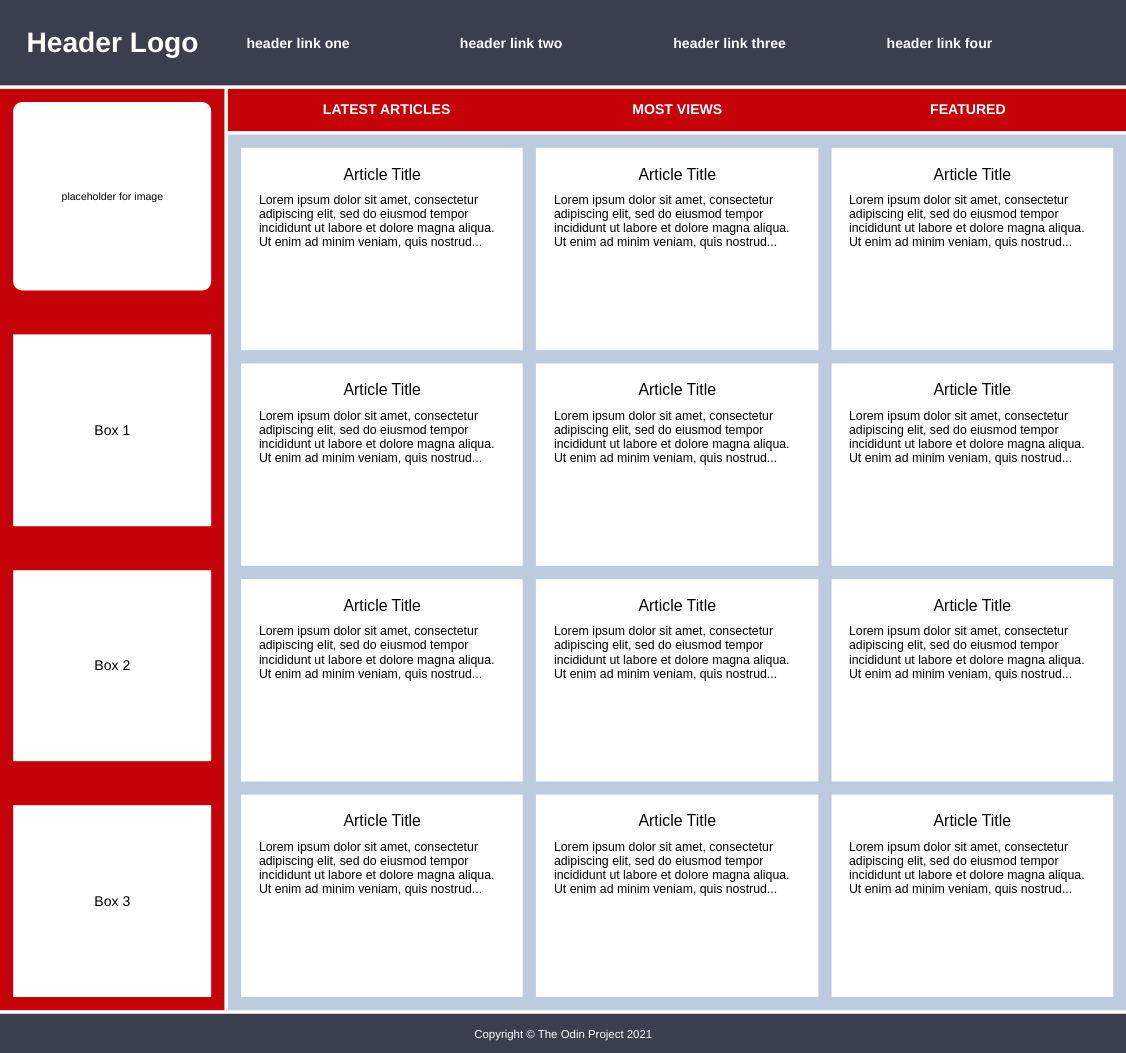
Repository: gkintu/css-exercises
Page: intermediate-html-css/advanced-grid/02-holy-grail-mockup/index.html
An editor plug-in stored every save of this project. The page is shown before and after the next save, followed by the edit.
The browser window is 1280 px wide. The pictures show the whole page, at 88% of full size.

Above is the page before, as saved 2025-03-04 11:23:52.

### intermediate-html-css/advanced-grid/02-holy-grail-mockup/index.html
<!DOCTYPE html>
<html lang="en">
  <head>
    <meta charset="UTF-8">
    <meta http-equiv="X-UA-Compatible" content="IE=edge">
    <meta name="viewport" content="width=device-width, initial-scale=1.0">
    <title>Holy Grail Mockup</title>
    <link rel="stylesheet" href="style.css">
  </head>
  <body>
    <div class="container">

      <div class="header">
        <div class="logo">Header Logo</div>
        <div class="menu">
          <ul>
            <li>header link one</li>
            <li>header link two</li>
            <li>header link three</li>
            <li>header link four</li>
          </ul>
        </div>
      </div>

      <div class="sidebar">
        <div class="photo">
          <p>placeholder for image</p>
        </div>
        <div class="side-content">Box 1
        </div>
        <div class="side-content">Box 2
        </div>
        <div class="side-content">Box 3
        </div>
      </div>

      <div class="nav">
        <ul>
          <li>Latest Articles</li>
          <li>Most Views</li>
          <li>Featured</li>
        </ul>
      </div>

      <div class="article">
        <div class="card">
          <p class="title">Article Title</p>
          <p>Lorem ipsum dolor sit amet, consectetur adipiscing elit, sed do eiusmod tempor incididunt ut labore et dolore magna aliqua. Ut enim ad minim veniam, quis nostrud...</p>
        </div>
        <div class="card">
          <p class="title">Article Title</p>
          <p>Lorem ipsum dolor sit amet, consectetur adipiscing elit, sed do eiusmod tempor incididunt ut labore et dolore magna aliqua. Ut enim ad minim veniam, quis nostrud...</p>
        </div>
        <div class="card">
          <p class="title">Article Title</p>
          <p>Lorem ipsum dolor sit amet, consectetur adipiscing elit, sed do eiusmod tempor incididunt ut labore et dolore magna aliqua. Ut enim ad minim veniam, quis nostrud...</p>
        </div>
        <div class="card">
          <p class="title">Article Title</p>
          <p>Lorem ipsum dolor sit amet, consectetur adipiscing elit, sed do eiusmod tempor incididunt ut labore et dolore magna aliqua. Ut enim ad minim veniam, quis nostrud...</p>
        </div>
        <div class="card">
          <p class="title">Article Title</p>
          <p>Lorem ipsum dolor sit amet, consectetur adipiscing elit, sed do eiusmod tempor incididunt ut labore et dolore magna aliqua. Ut enim ad minim veniam, quis nostrud...</p>
        </div>
        <div class="card">
          <p class="title">Article Title</p>
          <p>Lorem ipsum dolor sit amet, consectetur adipiscing elit, sed do eiusmod tempor incididunt ut labore et dolore magna aliqua. Ut enim ad minim veniam, quis nostrud...</p>
        </div>
        <div class="card">
          <p class="title">Article Title</p>
          <p>Lorem ipsum dolor sit amet, consectetur adipiscing elit, sed do eiusmod tempor incididunt ut labore et dolore magna aliqua. Ut enim ad minim veniam, quis nostrud...</p>
        </div>
        <div class="card">
          <p class="title">Article Title</p>
          <p>Lorem ipsum dolor sit amet, consectetur adipiscing elit, sed do eiusmod tempor incididunt ut labore et dolore magna aliqua. Ut enim ad minim veniam, quis nostrud...</p>
        </div>
        <div class="card">
          <p class="title">Article Title</p>
          <p>Lorem ipsum dolor sit amet, consectetur adipiscing elit, sed do eiusmod tempor incididunt ut labore et dolore magna aliqua. Ut enim ad minim veniam, quis nostrud...</p>
        </div>
        <div class="card">
          <p class="title">Article Title</p>
          <p>Lorem ipsum dolor sit amet, consectetur adipiscing elit, sed do eiusmod tempor incididunt ut labore et dolore magna aliqua. Ut enim ad minim veniam, quis nostrud...</p>
        </div>
        <div class="card">
          <p class="title">Article Title</p>
          <p>Lorem ipsum dolor sit amet, consectetur adipiscing elit, sed do eiusmod tempor incididunt ut labore et dolore magna aliqua. Ut enim ad minim veniam, quis nostrud...</p>
        </div>
        <div class="card">
          <p class="title">Article Title</p>
          <p>Lorem ipsum dolor sit amet, consectetur adipiscing elit, sed do eiusmod tempor incididunt ut labore et dolore magna aliqua. Ut enim ad minim veniam, quis nostrud...</p>
        </div>
      </div>

      <div class="footer">
        <p>Copyright © The Odin Project 2021</p>
      </div>

    </div>
  </body>
</html>

### intermediate-html-css/advanced-grid/02-holy-grail-mockup/style.css
* {
  margin: 0;
  padding: 0;
}

.container {
  display: grid;
  text-align: center;
  grid-template-columns: 1fr 4fr;
  gap: 4px;
}

.container div {
  padding: 15px;
  font-size: 32px;
  font-family: Helvetica;
  font-weight: bold;
  color: white;
}

.header {

  background-color: #393f4d;
  display: grid;
  grid-column: 1 / 3;
  grid-template-columns: 1fr 4fr;
  align-items: center;

}

.logo {
  justify-self: start;
}

.menu {
  grid-column: 2 / 3;
}

.menu ul {
  display: grid;
  list-style-type: none;
  grid-template-columns: repeat(4, 1fr);
  justify-items: start;
}



.menu ul,
.menu li {
  font-size: 16px;
}

.sidebar {
  background-color: #C50208;
  display:grid;
  gap: 50px;

  grid-column: 1 / 2;
  grid-row: 2/4;
}

.photo,
.side-content {
  display:grid;
  align-items: center;
}

.sidebar .photo {
  background-color: white;
  color: black;
  font-size: 12px;
  font-weight: normal;
  border-radius: 10px;

}


.sidebar .side-content {
  background-color: white;
  color: black;
  font-size: 16px;
  font-weight: normal;
}

.nav {

  background-color: #C50208;
  grid-column: 2 / 3;
  grid-row: 2;
  align-self: start;
}

.nav ul {
  display:grid;
  grid-template-columns: repeat(3, 1fr);

}

.nav ul li {
  font-size: 16px;
  text-transform: uppercase;
  list-style-type: none;
}

.article {

  background-color: #bccbde;
  grid-column: 2 / 3;
  grid-row: 3;
  display:grid;
  grid-template-columns: repeat(auto-fit, minmax(250px, 1fr));
  gap: 15px;

}

.card {
  height: 200px;

}

.article p {
  font-size: 18px;
  font-family: sans-serif;
  color: white;
  text-align: left;
  padding:2px;
}

.article .card {
  background-color: #FFFFFF;
  color: black;
  text-align: center;
}

.card p {
  color: black;
  font-weight: normal;
  font-size: 14px;
  padding: 5px;
}

.card .title {
  font-size: 18px;
  text-align: center;
}

.footer {


  background-color: #393f4d;
  grid-column: 1 / 3;
  grid-row: 4;
}

.footer p {
  font-size: 13px;
  font-weight: normal;
}

After the next save:
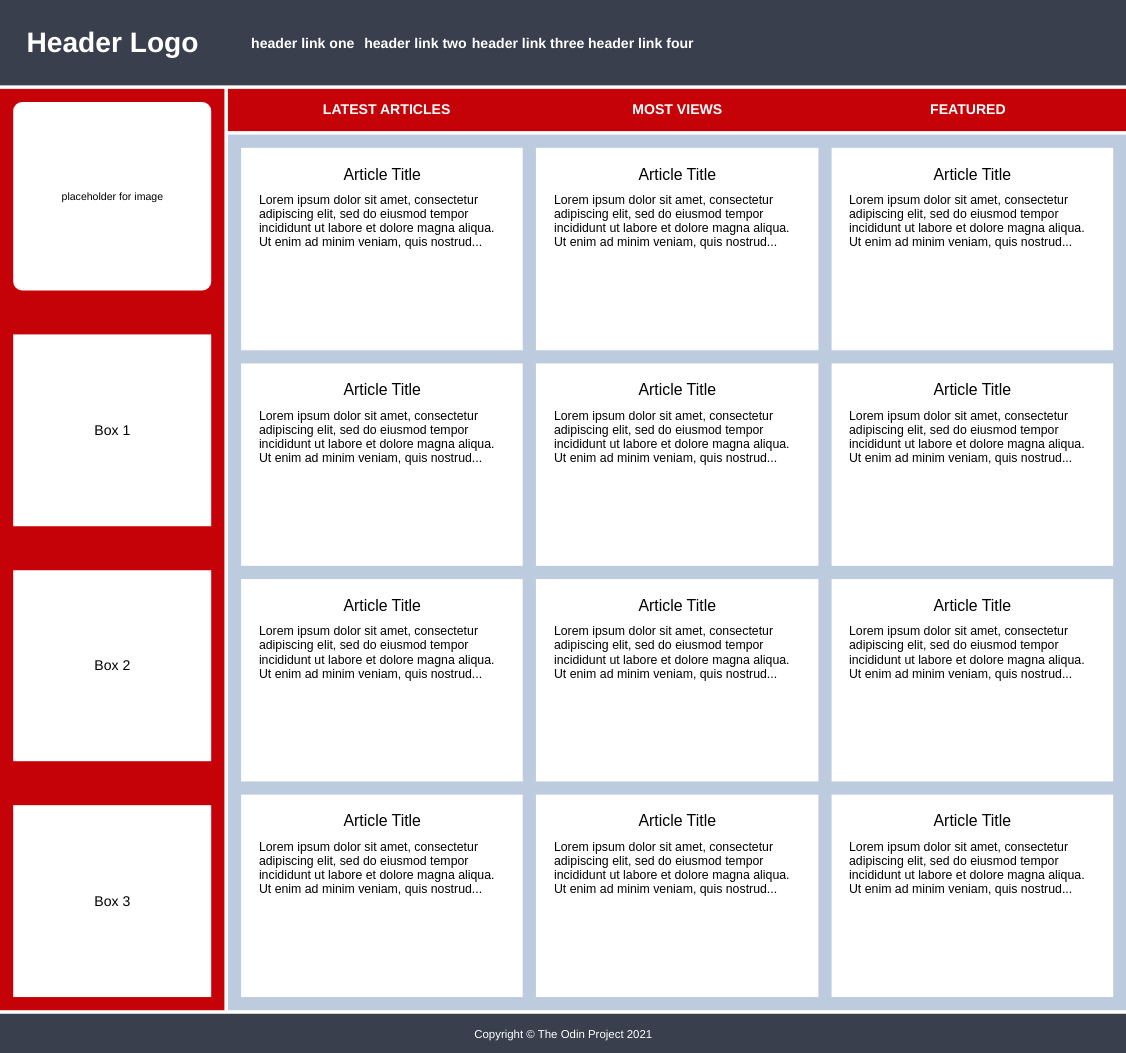
Saved 2 min 57 s later.
--- a/intermediate-html-css/advanced-grid/02-holy-grail-mockup/style.css
+++ b/intermediate-html-css/advanced-grid/02-holy-grail-mockup/style.css
@@ -34,13 +34,14 @@
 
 .menu {
   grid-column: 2 / 3;
+  justify-items: start;
 }
 
 .menu ul {
   display: grid;
   list-style-type: none;
   grid-template-columns: repeat(4, 1fr);
-  justify-items: start;
+
 }
 
 
